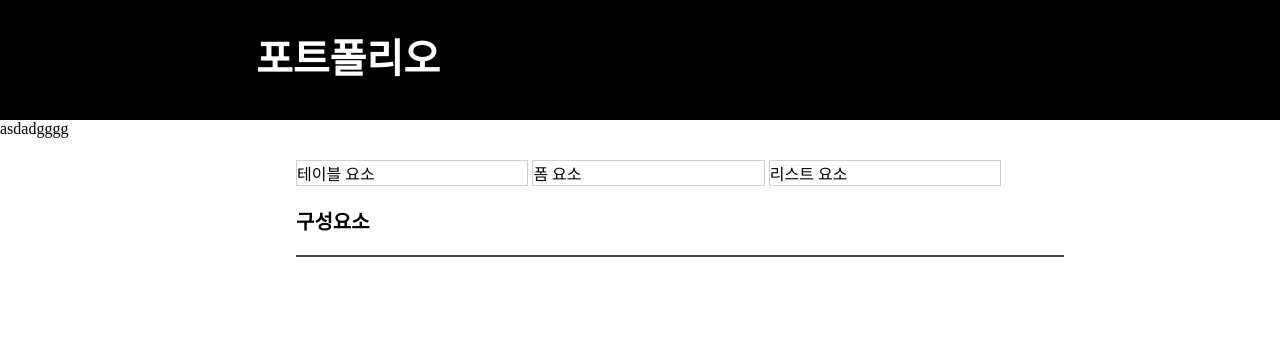
Repository: ItChoi/CSS-Study
Page: Css/WebContent/html/boostcourse/project-A1/portfolio.html
The author's editor kept a copy of each file at every save. The page is drawn from the files as they stood at one save, then again after the next save.
The browser window is 1280 px wide. The pictures show the whole page.

Above is the page before, as saved 2019-06-18 10:27:18.

### Css/WebContent/html/boostcourse/project-A1/portfolio.html
<!DOCTYPE html>
<html>
<head>
	<link href="../../../css/boostcourse/project-A1/portfolio.css" rel="stylesheet" type="text/css">

</head>
<body>
	<div class="wrap">

		<div class="header">

		</div>

		<div class="content">

			<div class="con_header">
				<p class="title">포트폴리오</p>
			</div>

			<div class="con_content">

				<div class="button_list">
					<ul>
						<li class="button_elements">테이블 요소</li>
						<li class="button_elements">폼 요소</li>
						<li class="button_elements">리스트 요소</li>
					</ul>
				</div>

				<div class="element">
					<p class="element_title">구성요소</p>
					<hr/>

					<div class="elements_box">
						<div class="e_table ele">
							<div class="ele_title">

							</div>
							<div class="ele_content">

							</div>
						</div>

						<div class="e_form ele">

						</div>

						<div class="e_list ele">

						</div>

					</div>

				</div>

			</div>

		</div>

		<div class="footer">
		asdadgggg
		</div>


	</div>

</body>
</html>

### Css/WebContent/css/boostcourse/project-A1/portfolio.css
html, body, .wrap {
	margin: 0px;
	padding: 0px;
}

.header {
	width: 100%;
	height: 120px;
	background: #000;

	position: relative;
}

.content {
	position: absolute;
	top: 0;
	left: 20%;
	right: 20%;
}

.con_header {
	height: 120px;
}

.title {
	margin: 0px;
	color: #fff;
	font-size: 40px;
	font-weight: bold;
	line-height: 120px;
}

.con_content {
	width: 100%;
	padding-left: 40px;
	padding-right: 40px;
}

ul {
	margin: 0px;
	padding: 0px;
	margin-top: 40px;
	list-style: none;
}

.button_elements {
	display: inline-block;
	border:  1px solid #d1d1d1;
	width: 30%;
}

.button_elements:HOVER {
	background-color: #454545;
	font-weight: bold;
}

.element_title {
	font-size: 20px;
	color: #000;
	font-weight: bold;
}

hr {
	border: 1px solid #454545;
}

.elements_box {
	margin-top: 30px;

}

.ele {
	margin-bottom: 30px;
}

After the next save:
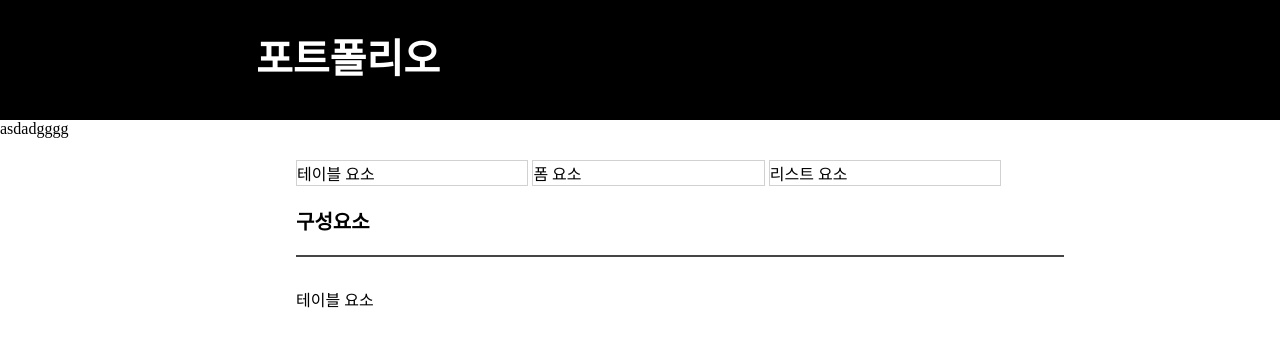
Saved 13 s later.
--- a/Css/WebContent/html/boostcourse/project-A1/portfolio.html
+++ b/Css/WebContent/html/boostcourse/project-A1/portfolio.html
@@ -34,7 +34,7 @@
 					<div class="elements_box">
 						<div class="e_table ele">
 							<div class="ele_title">
-
+								<p>테이블 요소</p>
 							</div>
 							<div class="ele_content">
 
